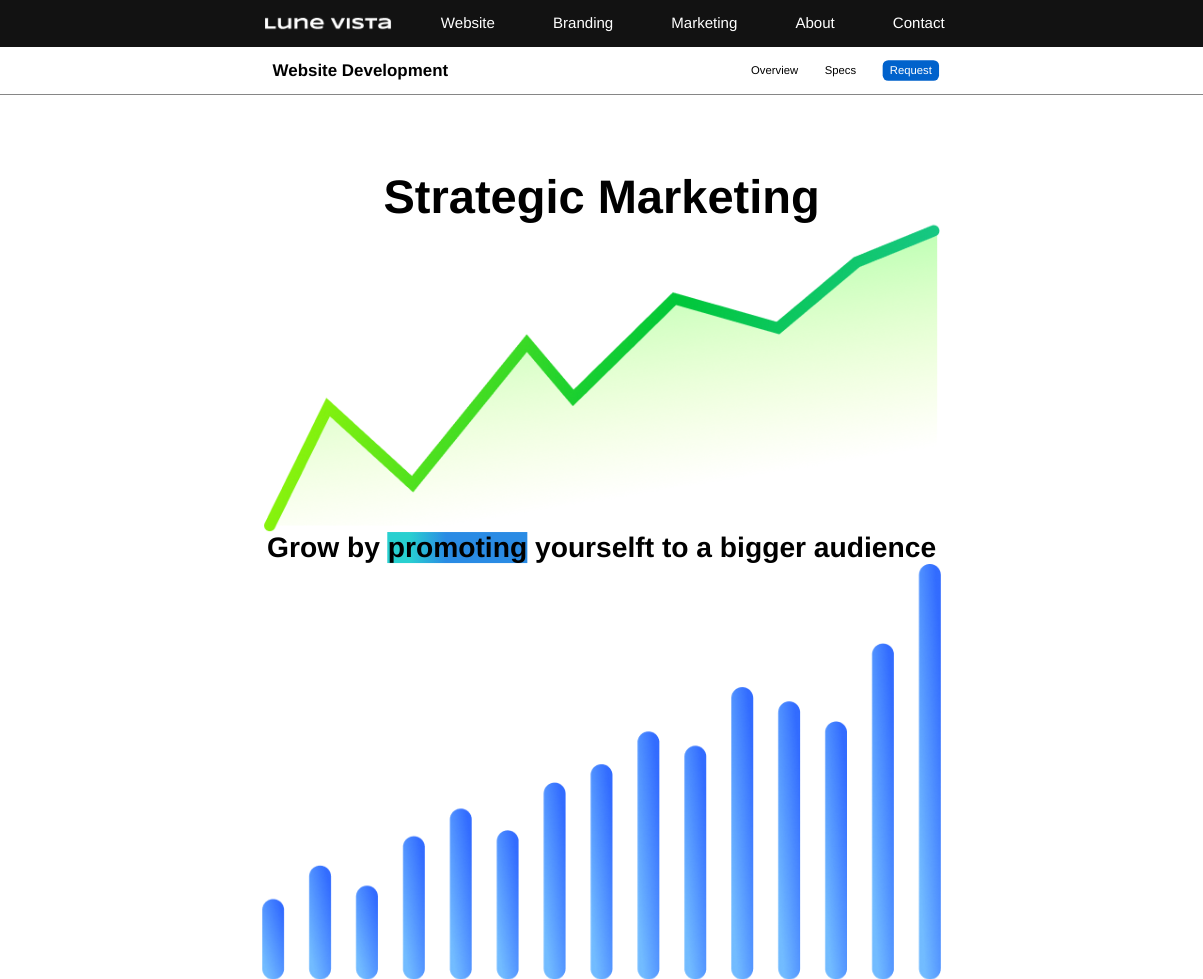
Repository: yoItsTyler/templates
Page: /marketing
An editor plug-in stored every save of this project. The page is shown before and after the next save, followed by the edit.
The browser window is 1280 px wide. The pictures show the whole page, at 94% of full size.
Some web fonts or font styles are not loaded; a fallback is used. The project was rebuilt for these pictures with package versions that can differ from the ones it lists, and the page was loaded fresh each time. Also part of the build but not shown: src/components/Branding/styles.module.css, src/components/Branding/Branding.js, src/components/Home/styles.module.css, src/components/Navbar/styles.module.css, src/components/Navbar/Navbar.js, src/components/NavbarMobile/styles.module.css, src/components/NavbarMobile/NavbarMobile.js, src/components/Home/Home.js and 10 more. Imported but missing from the stored project, and not drawn on this page: src/components/Request.

Above is the page before, as saved 2022-12-01 20:37:50.

After the next save:
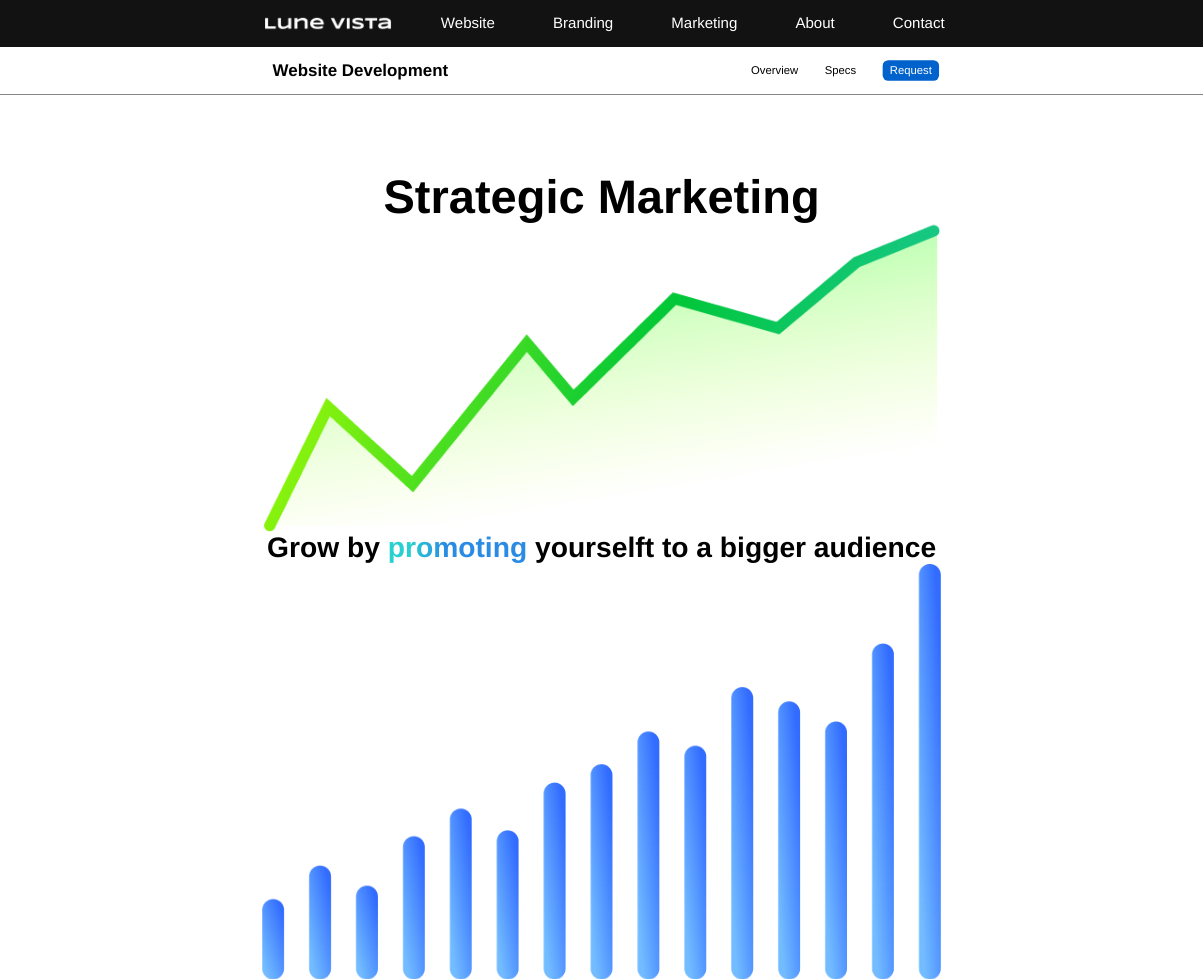
Saved 22 s later.
--- a/src/components/Marketing/styles.module.css
+++ b/src/components/Marketing/styles.module.css
@@ -23,6 +23,9 @@
 .blueGrad{
     background:
 linear-gradient(90.35deg, #28D0D0 15.73%, #2A8BE4 41.95%);
+-webkit-background-clip: text;
+  -webkit-text-fill-color: transparent;
+
 
 
 
